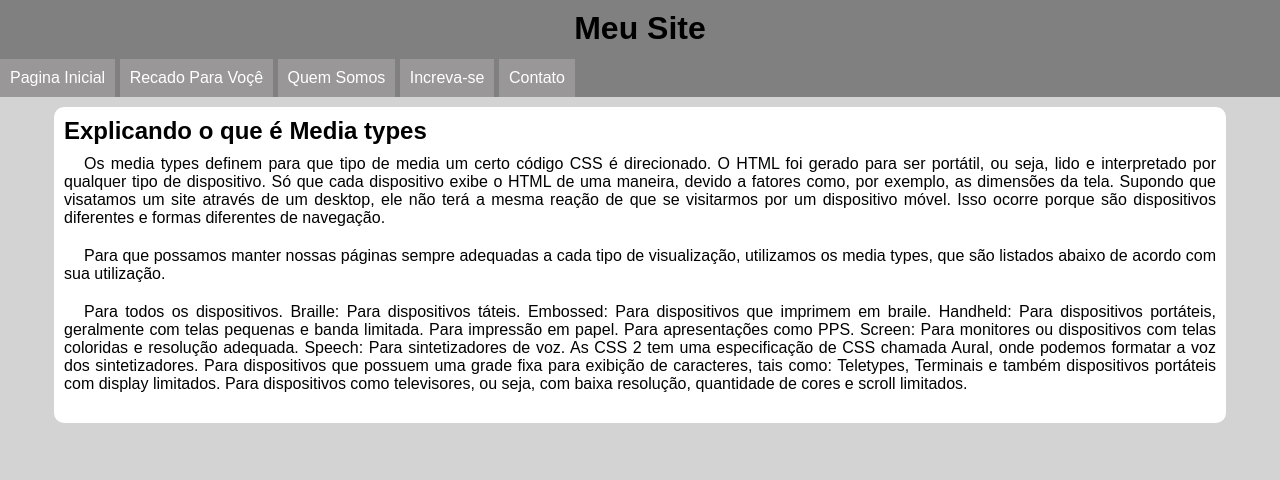
Repository: Guillermomarcon/html-css
Page: capitulo25/mq005/index.html
These files come from the project's save history. The page is drawn as it stood at one moment and after a run of saves; the edit follows.
The browser window is 1280 px wide. The pictures show the whole page.
Some web fonts or font styles are not loaded; a fallback is used.

Above is the page before, as saved 2022-08-27 15:39:59.

After the next 4 saves:
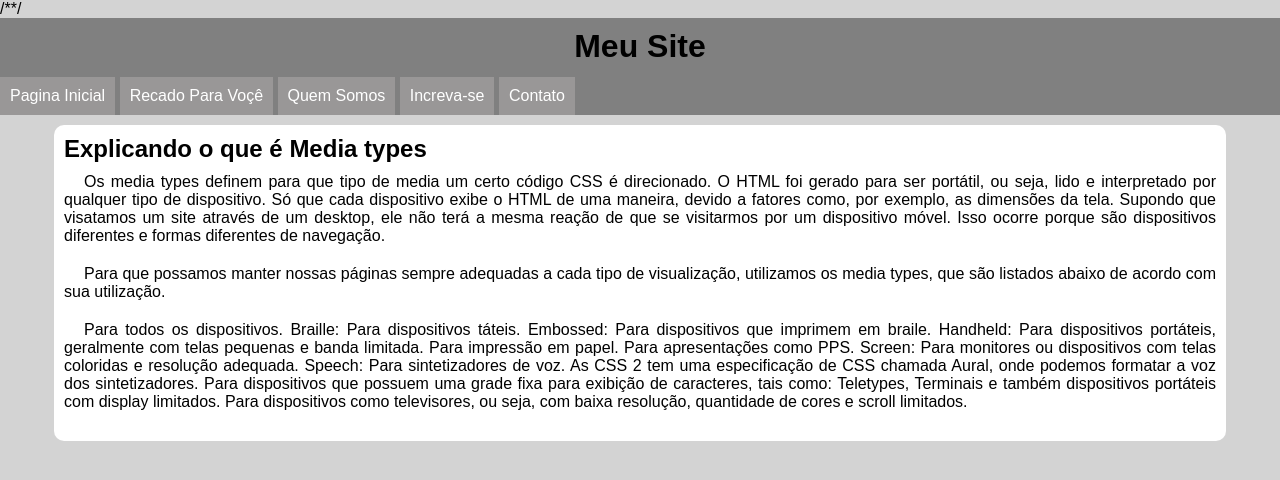
The 4 saves are shown as one change because they came seconds apart.
The last was saved 64 s later.
--- a/capitulo25/mq005/index.html
+++ b/capitulo25/mq005/index.html
@@ -9,7 +9,7 @@
     <link rel="stylesheet" href="estilos/style.css">
     <link rel="stylesheet" href="estilos/media-query.css">
 </head>
-<body onresize="mudouTamanho()">
+<body onresize="mudouTamanho()"> /**/
     <header>
 
         <h1>Meu Site</h1>

After the save that followed:
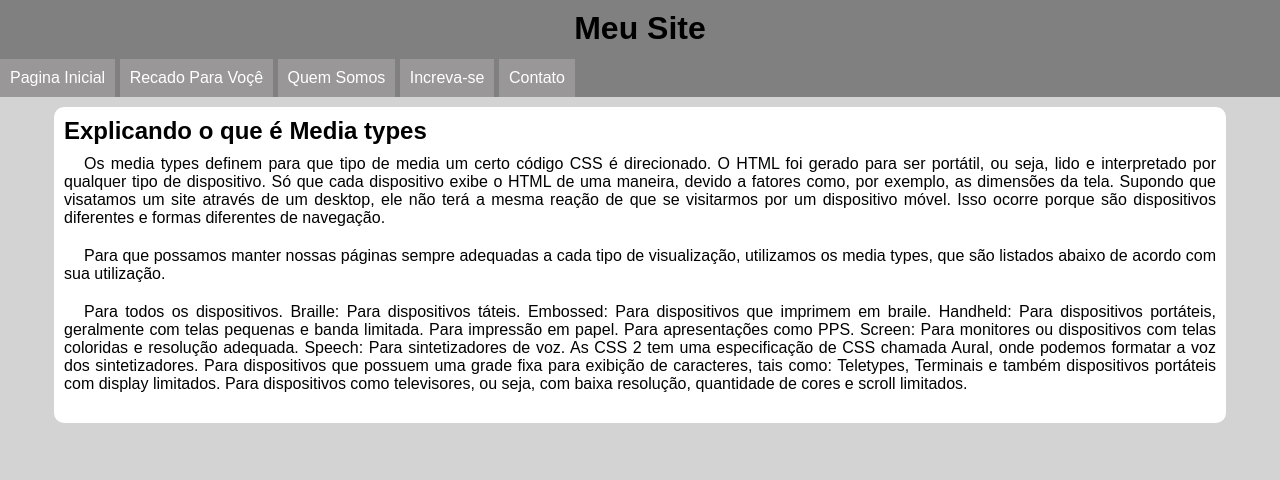
Saved 6 s later.
--- a/capitulo25/mq005/index.html
+++ b/capitulo25/mq005/index.html
@@ -9,7 +9,7 @@
     <link rel="stylesheet" href="estilos/style.css">
     <link rel="stylesheet" href="estilos/media-query.css">
 </head>
-<body onresize="mudouTamanho()"> /**/
+<body onresize="mudouTamanho()">
     <header>
 
         <h1>Meu Site</h1>
